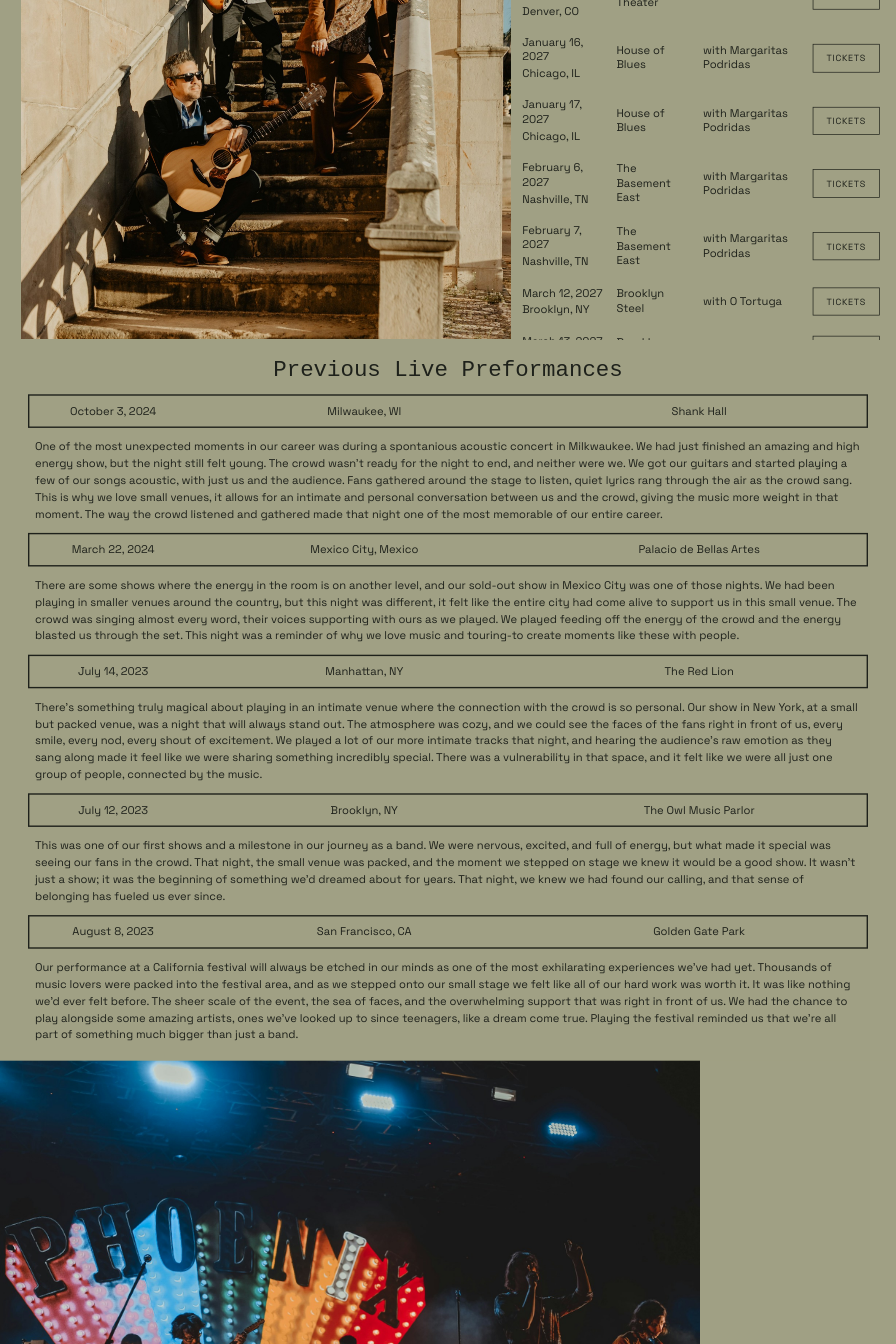
Repository: lime929/voices-del-viento
Page: /tour
The author's editor kept a copy of each file at every save. The page is drawn from the files as they stood at one save, then again after the next save.
The browser window is 1280 px wide. The pictures show the part of the page from y = 505 to 2425 px (the page is 10089 px tall), at 70% of full size.
An inner scrolling area shows only its first screen. The project was rebuilt for these pictures with package versions that can differ from the ones it lists, and the page was loaded fresh each time. The framework's server and built-in components were replaced by stand-ins that run in the browser. Also part of the build but not shown: next.config.mjs.

Above is the page before, as saved 2026-09-15 17:43:24.

After the next save:
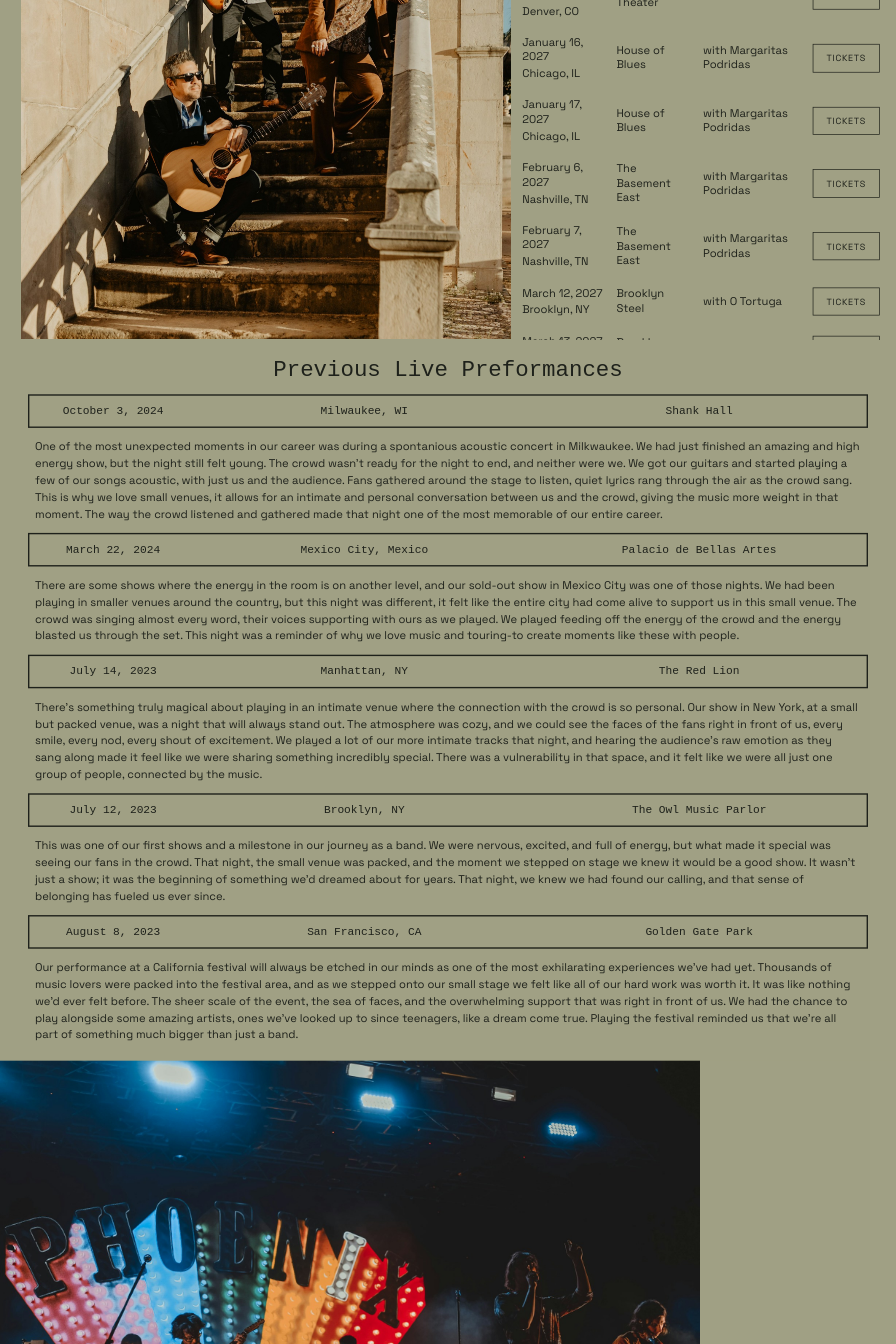
Saved 52 s later.
--- a/app/tour/page.module.css
+++ b/app/tour/page.module.css
@@ -134,6 +134,7 @@
   padding: 10px 0;
    text-align: center;
   border: 2px solid var(--color-band-ink);
+  font-family: var(--font-mono);
 }
 .pastTourTitle {
  font-family: var(--font-mono);
